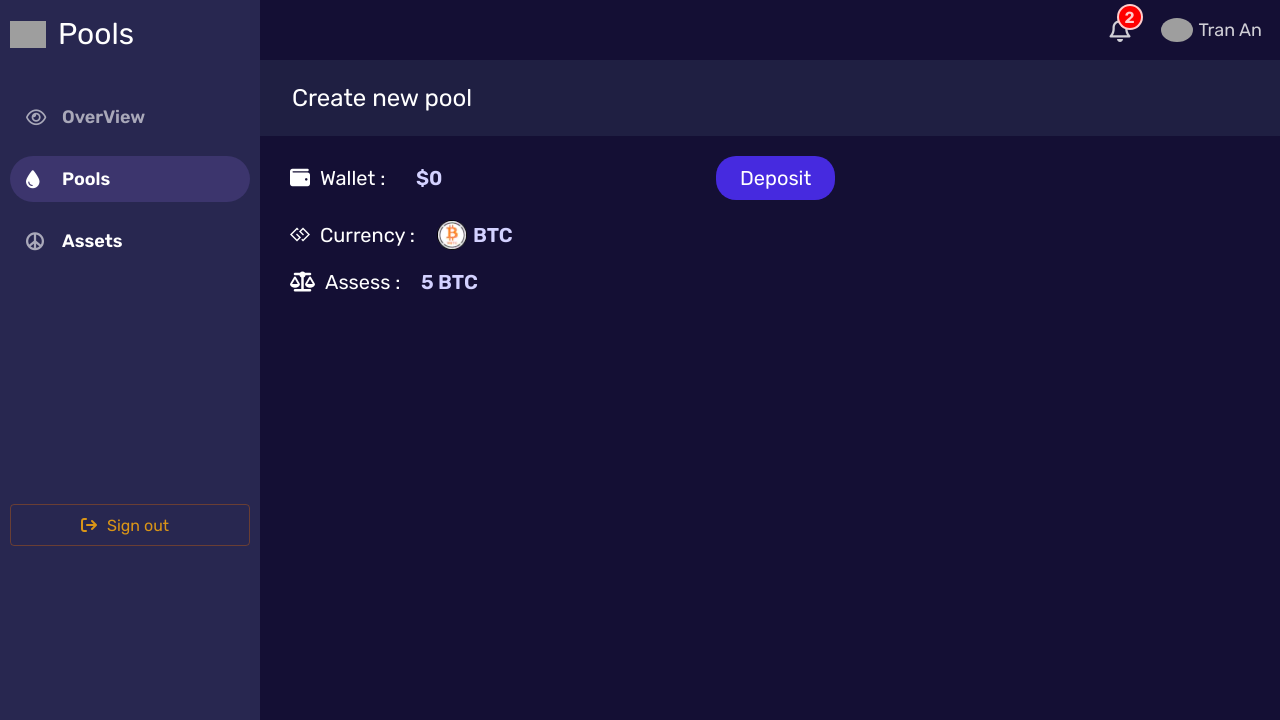
Repository: quynh232000/pools
Page: pool/create-pool.html
An editor plug-in stored every save of this project. The page is shown before and after the next save, followed by the edit.
The browser window is 1280 px wide. The pictures show the whole page.
Pictures or frames that could not be fetched are drawn as grey boxes.

Above is the page before, as saved 2023-07-14 01:06:13.

### pool/create-pool.html
<!DOCTYPE html>
<html lang="en">
  <head>
    <meta charset="UTF-8" />
    <meta name="viewport" content="width=device-width, initial-scale=1.0" />
    <title>Create Pool</title>

    <link rel="stylesheet" href="../src/css/base.css" />
    <link rel="stylesheet" href="../src/css/style.css" />
    <link rel="stylesheet" href="../src/css/pool.css" />
    <link rel="stylesheet" href="../src/css/create-pool.css" />
    <link
      rel="stylesheet"
      href="https://cdnjs.cloudflare.com/ajax/libs/font-awesome/6.4.0/css/all.min.css"
      integrity="sha512-iecdLmaskl7CVkqkXNQ/ZH/XLlvWZOJyj7Yy7tcenmpD1ypASozpmT/E0iPtmFIB46ZmdtAc9eNBvH0H/ZpiBw=="
      crossorigin="anonymous"
      referrerpolicy="no-referrer"
    />
  </head>
  <body>
    <div class="container">
      <div class="sidebar">
        <div class="sidebar-logo">
          <img src="https://sef-eco.vercel.app/assets/images/logo.png" alt="" />
          <span>Pools</span>
        </div>
        <div class="sidebar-items">
          <div class="sidebar-list">
            <div class="sidebar-item">
              <i class="fa-regular fa-eye"></i>
              <div class="sidebar-item-name">OverView</div>
            </div>
            <div class="sidebar-item sidebar-item-active">
              <i class="fa-solid fa-droplet"></i>
              <a href="/pool.html" class="sidebar-item-name">Pools</a>
            </div>
            <div class="sidebar-item">
              <i class="fa-solid fa-peace"></i>
              <a href="/index.html" class="sidebar-item-name">Assets</a>
            </div>
          </div>

          <div class="sidebar-sign-out">
            <i class="fa-solid fa-arrow-right-from-bracket"></i>
            <div class="sidebar-item-name">Sign out</div>
          </div>
        </div>
      </div>
      <div class="content">
        <div class="header">
          <div class="header-noti">
            <i class="fa-regular fa-bell"></i>
            <div class="header-noti-count">2</div>
          </div>
          <div class="header-user">
            <img
              src="https://static.vecteezy.com/system/resources/previews/002/002/257/original/beautiful-woman-avatar-character-icon-free-vector.jpg"
              alt=""
            />
            <div class="header-user-name">Tran An</div>
          </div>
        </div>
        <!-- body -->
        <div class="content-title">Create new pool</div>
        <div class="create-body">
          <div class="create-item">
            <i class="fa-solid fa-wallet"></i>
            <div class="create-item-title">Wallet :</div>
            <span>$0</span>
            <div class="create-btn">Deposit</div>
          </div>

          <div class="create-item">
            <i class="fa-brands fa-gg"></i>
            <div class="create-item-title">Currency :</div>
            <div class="create-select-type-money">
              <div class="type-money-item">
                <img src="../src/img/btc.png" alt="" />
                <div class="type-money-name">BTC</div>
              </div>
              <div class="type-money-more">
                <div class="type-money-item">
                  <img src="../src/img/eth.png" alt="" />
                  <div class="type-money-name">ETH</div>
                </div>
                <div class="type-money-item">
                  <img src="../src/img/btc.png" alt="" />
                  <div class="type-money-name">BTC</div>
                </div>
                <div class="type-money-item">
                  <img src="../src/img/eth.png" alt="" />
                  <div class="type-money-name">ETH</div>
                </div>
              </div>
            </div>
          </div>

          <div class="create-item">
            <i class="fa-solid fa-scale-balanced"></i>
            <div class="create-item-title">Assess :</div>
            <span>5 BTC</span>
            <div class="create-assess-result"></div>
          </div>
        </div>
      </div>
    </div>
  </body>
</html>

### src/css/base.css
@import url('https://fonts.googleapis.com/css2?family=Rubik:wght@300;400;500;600;700&display=swap');
 :root{
    --primary-color:#fff;
    --text-color:#fff;
    --text-1-color:rgb(211, 209, 255);
    --bg-color:#140f34;
    --bg-item-color:#282750;

 }
*{
    box-sizing: inherit;
}
html,body{
    box-sizing: border-box;
    margin: 0;
    padding: 0;
    font-family: 'Rubik', sans-serif;
    color: var(--text-color);
}
a{
    color:  white;
    text-decoration: none;
}

### src/css/style.css
.container{
    width: 100%;
    min-height: 100vh;
    background-color: var(--bg-color);
    display: flex;
}
.sidebar{
    width: 20%;
    min-width: 260px;
    max-width: 400px;
    display: flex;
    flex-direction: column;
    min-height: 100vh;
    background-color: var(--bg-item-color);
}
.sidebar-logo{
    display: flex;
    width: 100%;
    align-items: center;
    padding: 16px 10px;
}
.sidebar-logo img{
    width: 15%;
}
.sidebar-logo span{
    font-size: 30px;
    color: var(--primary-color);
    margin-left: 12px;

}
.sidebar-items{
    padding: 26px 10px;
    display: flex;
    flex-direction: column;
    justify-content: space-between;
    min-height: 70vh;
}
.sidebar-list{

}
.sidebar-item{
    font-size: 18px;
    display: flex;
    align-items: center;
    padding: 12px 16px;
    border-radius: 40px;
    color: rgb(255 255 255/.6);
    margin-bottom: 16px;
    font-weight: 600;
    transition: color .3s;
}
.sidebar-item:hover{
    cursor: pointer;
    color: rgb(255 255 255/.8);
}
.sidebar-item-active{
    background-color:#3c356d ;
    color: var(--text-color);
}
.sidebar-item i{
    min-width: 36px;
}
.sidebar-sign-out{
    display: flex;
    align-items: center;
    color: rgb(218, 149, 23);
    text-align: center;
    border: 1px solid rgba(202, 98, 12,.4);
    justify-content: center;
    padding-right: 10px;
    border-radius: 4px;
    transition: color border .3s;
}
.sidebar-sign-out:hover{
    cursor: pointer;
    color: rgb(253, 166, 5);
    border: 1px solid rgba(202, 98, 12,.5);
}
.sidebar-sign-out i{
    margin-right: 10px;
    padding: 12px 0;
}

.content{
    width: 85%;
    min-height: 100vh;
    /* background-color: var(--bg-color); */
}
.header{
    display: flex;
    justify-content: flex-end;
    padding: 18px;
    color: rgb(255 255 255/.8);
    align-items: center;
}
.header-user{
    display: flex;
    align-items: center;
    font-size: 18px;

}
.header-user img {
    width: 32px;
    border-radius: 50%;
    margin-right: 6px;
}
.header-noti{
    display: flex;
    margin-right: 30px;
    font-size: 20px;
    position: relative;
    font-size: 24px;
}
.header-noti-count{
    width: 26px;
    height: 26px;
    position: absolute;
    top: -14px;
    left: 7px;
    border: 2px solid  rgb(255 255 255/.8);
    text-align: center;
    border-radius: 50%;
    font-size: 16px;
    display: flex;
    align-items: center;
    justify-content: center;
    background-color: var(--bg-color);
    background-color: red;
    font-weight: 600;

}
.content-title{
    background-color: #1f1f42;
    padding: 24px 32px;
    font-size: 24px;
}
.content-list{
    display: flex;
    flex-direction: column;
    align-items: center;
    padding: 0 40px;
}
.content-list-body{
    width: 100%;
    margin-top: 20px;

}
.content-nav{
    width: 100%;
    display: flex;
    justify-content: space-between;
    padding: 12px 26px;
    margin: 10px 0;
    transition: background-color .2s ;
}
.content-nav:hover{
    background-color: #2d2d44;
}
.nav-left{
    width: 50%;
    display: flex;
    align-items: center;
    justify-content: space-between;
    font-size: 22px;

}
.nav-left-info{
    display: flex;
    align-items: center;
}
.nav-left-info img{
    width: 32px;
    margin-right: 8px;
}
.nav-left-name{
    font-size: 22px;
}
.nav-left-balance{
    display: flex;
    flex-direction: column;
    align-items: center;
    flex: 1;
}
.nav-left-balance span:nth-child(2){
    font-size: 20px;
    color: #a8a8a8;
}


.nav-right{
    width: 40%;
    display: flex;
    justify-content: space-between;
    align-items: center;
    color: #b3b1fd;
}
.nav-right span{
    transition: color .3s;
}
.nav-right span i{
    font-size: 16px !important;
    margin-left: 4px;
}
.nav-right span:hover{
    color:#f8c2b0;
    cursor: pointer;
}
.nav-text{
    color: #b3b1fd;
    font-size: 20px;
}
.nav-right .nav-tex:hover{
    color: #b3b1fd !important;
    cursor: no-drop;
}

### src/css/pool.css
.p-content-body{
    width: 100%;
    display: flex;
    flex-wrap: wrap;
    padding: 20px 10px;
}
.content-item-wrapper{
    width: 33.333%;
    padding: 10px ;
}
.p-content-item{
    border-radius: 6px;
    background-color: var(--bg-item-color);
    padding: 14px;
    transition: background-color .3s ease;
}
.p-content-item:hover{
    background-color: #2e2e60;
}
.p-content-item-top{
    display: flex;
    align-items:flex-start;

}
.p-content-item-img{
    margin-right: 6px;
}
.p-content-item-top-info{
    display: flex;
    flex-direction: column;
}
.p-content-item-top-info span{
    padding-top: 4px;
}
.p-content-item-top-info p{
    margin: 4px 0 10px 0;
    color: #a7a3a3;
}
.p-content-item-bottom{
    display: flex;
}
.p-item-type{
    margin-right: 10px;
    padding: 0 8px;
    text-align: center;
}
.p-item-type:first-child{
    border-right: 1px solid gray;
    padding-right: 16px;
}
.p-item-type span{
    font-size: 14px;
    color: #a7a3a3;
    /* font-weight: 600; */
}
.p-item-type p{
    margin: 0;
}
.add-pool{
    display: flex;
    flex-direction: column;
    align-items: center;
    font-size: 20px;
    min-height: 122px;
    justify-content: center;
}
.add-pool i{
    font-size: 26px;
    margin-bottom: 6px;
}

### src/css/create-pool.css
.create-body{
    width: 100%;
    display: flex;
    flex-direction: column;
    padding: 20px 30px;
}
.create-item{
    display: flex;
    font-size: 20px;
    align-items: center;
    margin-bottom: 20px;
}
.create-item-title{
    margin: 0 16px 0 10px;
    min-width: 80px;

}
.create-item span{
    color: var(--text-1-color);
    min-width: 300px;
    font-weight: 600;
}
.create-btn{
    background-color: rgb(70, 42, 223);
    padding: 10px 24px;
    border-radius: 20px;
    display: flex;
    justify-content: center;
    align-items: center;
    transition: background-color .3s ease;
}
.create-btn:hover{
    background-color: #6a67ea;
    cursor: pointer;
}
.create-select-type-money{
    position: relative;
    margin-left: 6px;
}
.create-select-type-money::before{
    position: absolute;
    content: "";
    top: 100%;
    width: 120%;
    height: 20px;
    /* background-color: red; */
}
.create-select-type-money:hover .type-money-more{
    display: block;
}
.type-money-item{
    display: flex;
    align-items: center;
}
.type-money-item img{
    width: 30px;
    height: 30px;
    object-fit: cover;
    margin-right: 6px;
}
.type-money-name{
    color: var(--text-1-color);
    font-weight: 600;
}
.type-money-more{
    display: none;
    position: absolute;
    background-color: var(--bg-item-color);
    border-radius: 6px;
    top: 150%;
    left: -14px;
    animation: fadeIn .5s ease;
}
@keyframes fadeIn{
    from{
        opacity: 0;
        transform: translateY(40px);
    }to{
        opacity: 1;
        transform: translateY(0);
    }
}
.type-money-more .type-money-item{
    /* margin: 8px; */
    border-radius: 6px;
    padding: 10px 26px;
    transition: background-color .3s ease;
}
.type-money-more .type-money-item:hover{
    background-color: rgb(75, 73, 114);
    cursor: pointer;
}

After the next save:
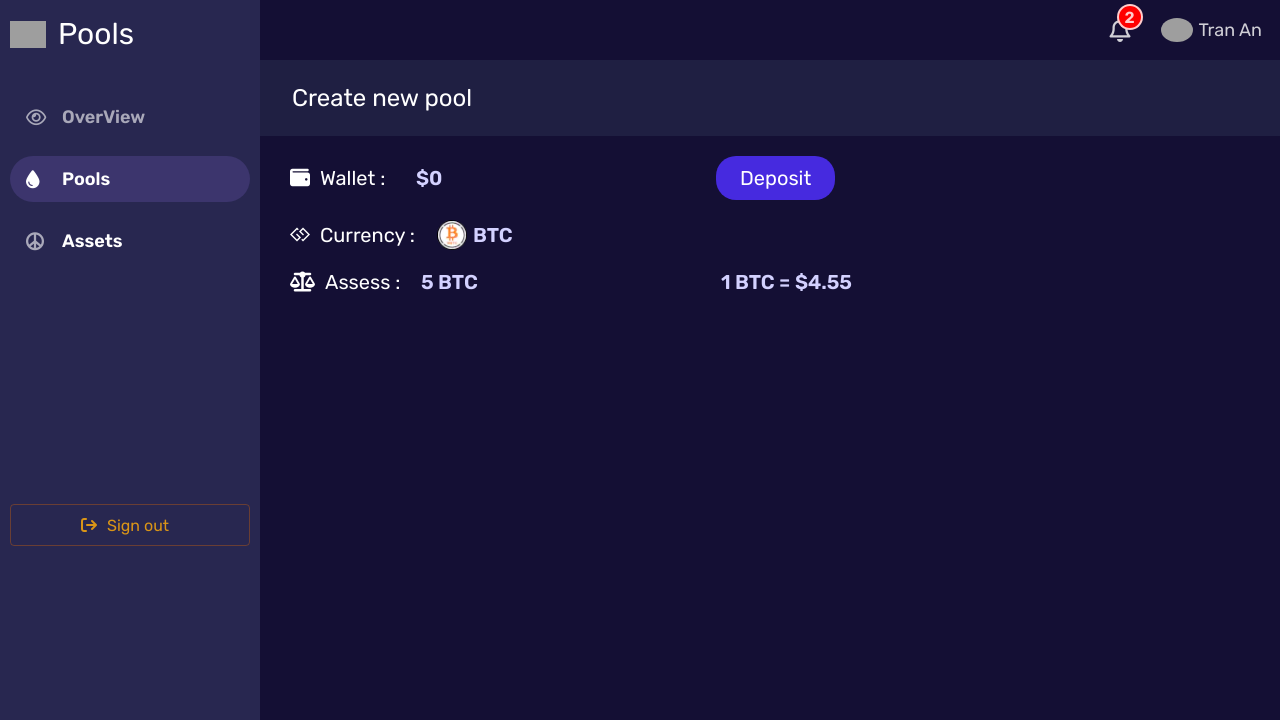
Saved 4 min 1 s later.
--- a/pool/create-pool.html
+++ b/pool/create-pool.html
@@ -99,7 +99,12 @@
             <i class="fa-solid fa-scale-balanced"></i>
             <div class="create-item-title">Assess :</div>
             <span>5 BTC</span>
-            <div class="create-assess-result"></div>
+            <div class="create-assess-result">
+              <div class="assess-result-show">
+                <span>1 BTC = </span>
+                <span>$4.55</span>
+              </div>
+            </div>
           </div>
         </div>
       </div>
